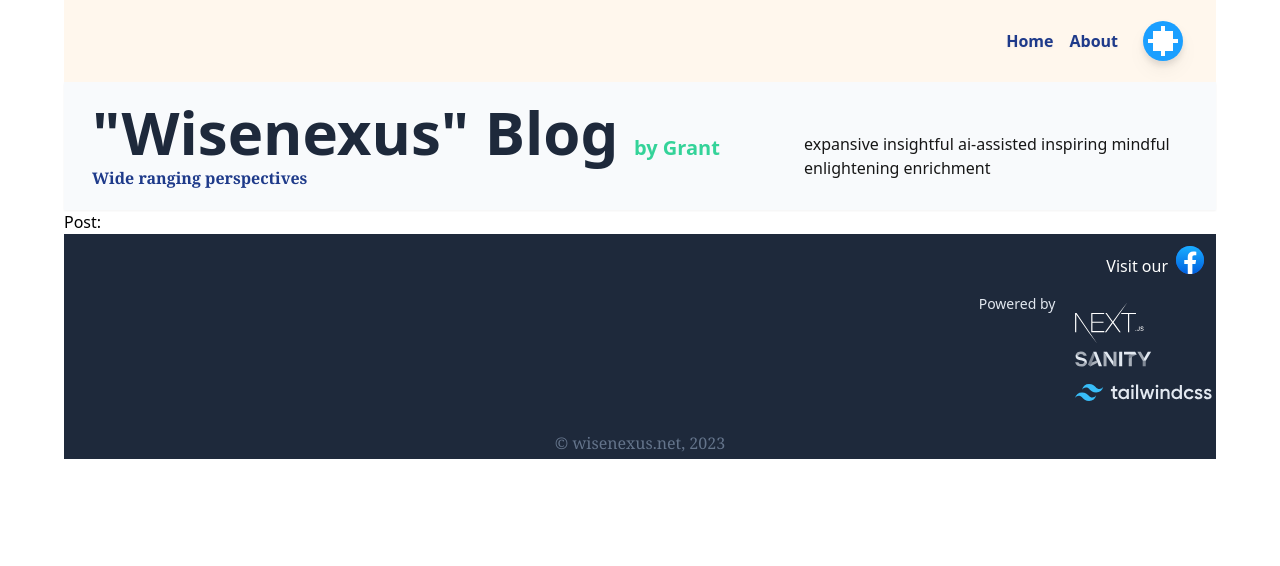
Repository: gpgundersen/sanity3-nextjs13-blog
Page: /post
The author's editor kept a copy of each file at every save. The page is drawn from the files as they stood at one save, then again after the next save.
The browser window is 1280 px wide. The pictures show the whole page.
The project was rebuilt for these pictures with package versions that can differ from the ones it lists, and the page was loaded fresh each time. The framework's server and built-in components were replaced by stand-ins that run in the browser. Also part of the build but not shown: next.config.js.

Above is the page before, as saved 2023-02-05 20:40:08.

After the next save:
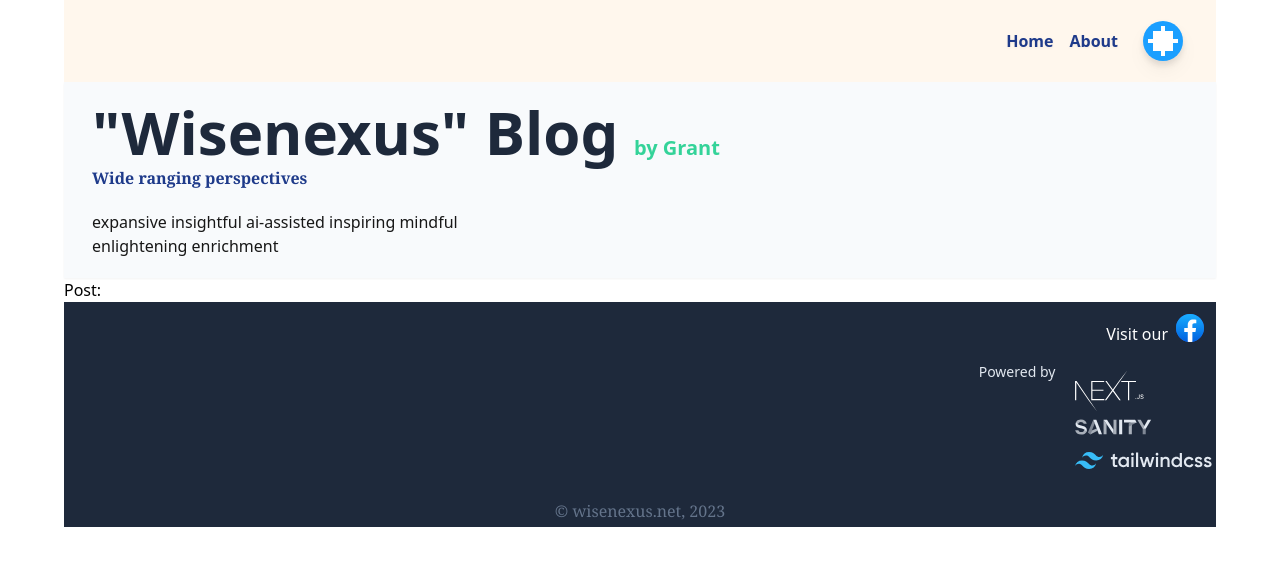
Saved 20 s later.
--- a/components/Banner.tsx
+++ b/components/Banner.tsx
@@ -3,9 +3,9 @@
         <div >
             <h1 className="text-6xl text-slate-800">"Wisenexus" Blog <span className=" text-xl text-emerald-400">by Grant</span></h1>
             <h2 className="mt-4 md:mt-1 text-blue-900 font-serif">Wide ranging perspectives</h2>
-        </div>
+
         <p className="mt-5 max-w-sm text-neutral-900 font-thin">expansive insightful ai-assisted inspiring mindful enlightening enrichment</p>
-        </div>
+        </div></div>
 
 }
 
